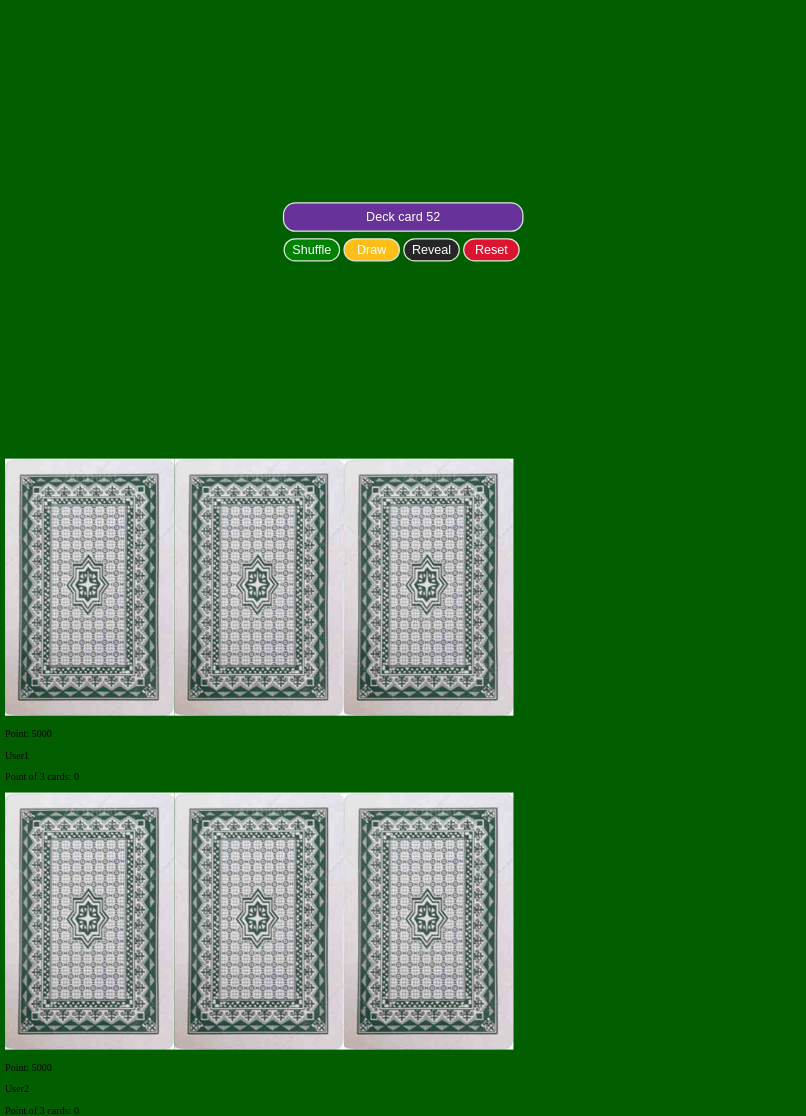
Repository: tiendungjr123/app-baicao
Page: /
The author's editor kept a copy of each file at every save. The page is drawn from the files as they stood at one save, then again after the next save.
The browser window is 1280 px wide. The pictures show the whole page, at 63% of full size.
The page's requests for data from a server got no answer. The project was rebuilt for these pictures with package versions that can differ from the ones it lists, and the page was loaded fresh each time. No one was signed in, and anything a server would have sent is missing. Also part of the build but not shown: src/index.css, src/Components/card.jsx, src/Components/cardList.jsx, src/Components/table.jsx.

Above is the page before, as saved 2022-10-11 17:52:48.

After the next save:
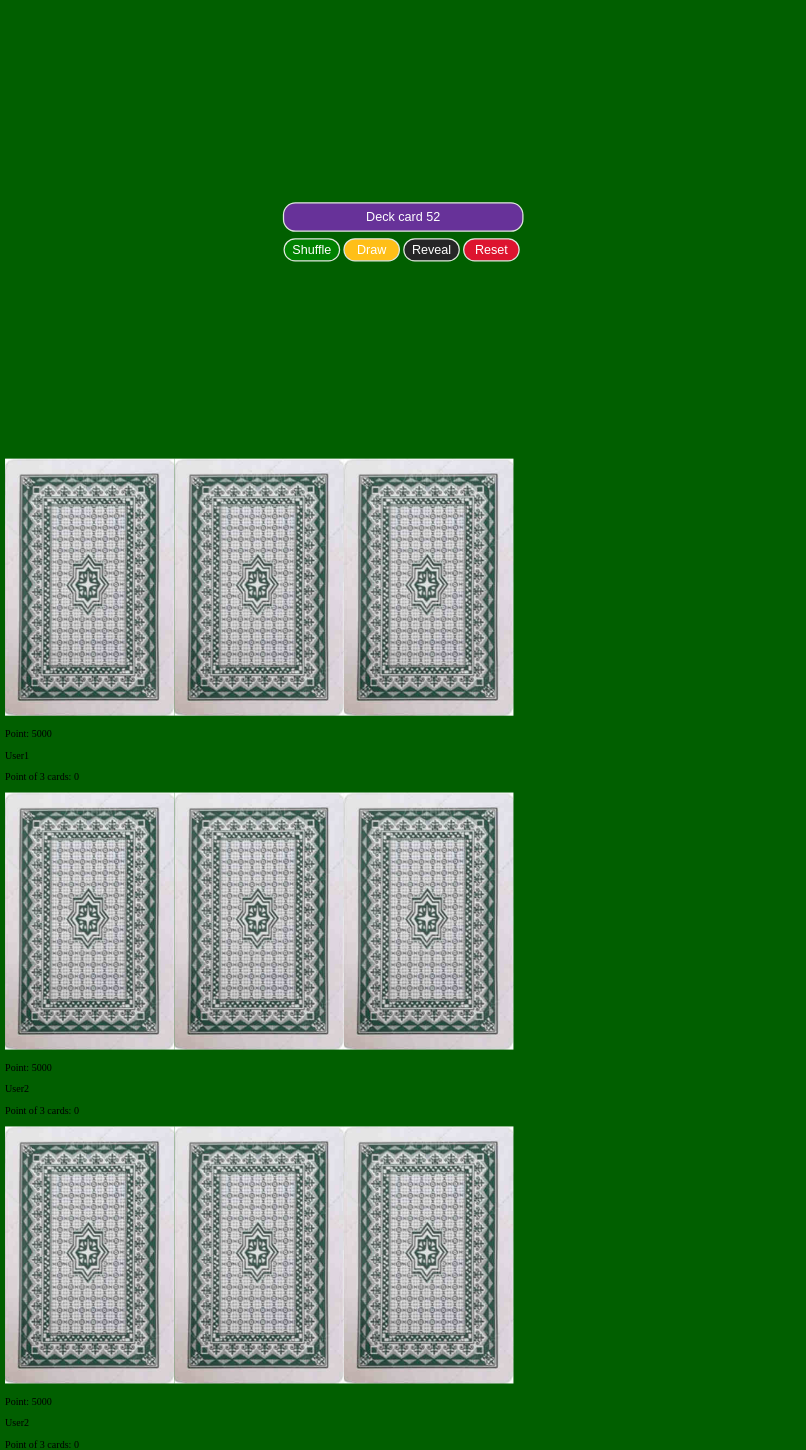
Saved 2 h 6 min later.
--- a/src/App.js
+++ b/src/App.js
@@ -172,6 +172,27 @@ function App() {
                   {checkCard ? (<p className='point'>Point of 3 cards: {pointCard2}</p>) : (<p className='point'>Point of 3 cards: 0</p>)}
                </div>
          </div>
+         <div className="card-left">
+               <div className='card'>
+                  {checkCard ? (
+                     <div className='card-img'>
+                        {user2.map((card) =>(
+                           <>
+                              <img  src={card.image} alt="img" />
+                           </>
+                        ))}
+                     </div>) : (
+                     <div className='card-img'>
+                        <img src={baiup} alt="6h" />
+                        <img src={baiup} alt="7c" />
+                        <img src={baiup} alt="qh" />
+                     </div>)
+                  }
+                  <p className='point'>Point: {point2}</p>
+                  <p className='user'>User2</p>
+                  {checkCard ? (<p className='point'>Point of 3 cards: {pointCard2}</p>) : (<p className='point'>Point of 3 cards: 0</p>)}
+               </div>
+         </div>
       </div>
    );
 }
